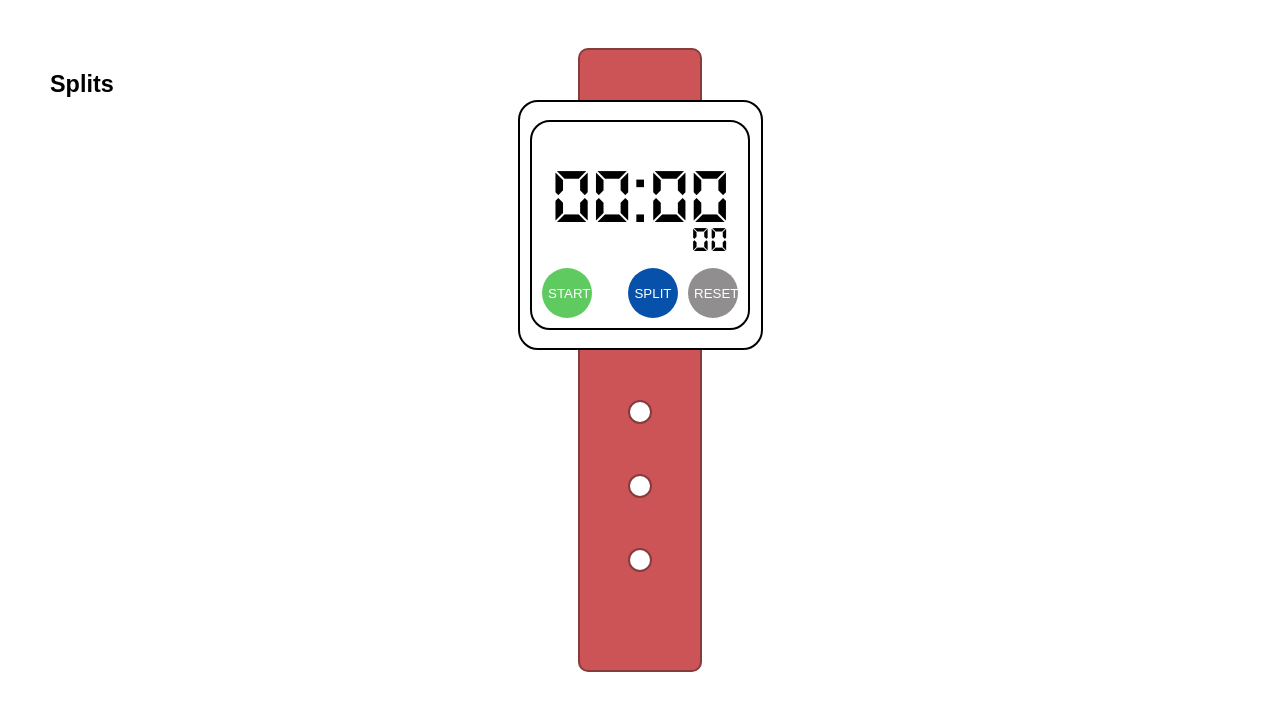
Repository: konstantin0s/lab-chronometer
Page: index.html
The author's editor kept a copy of each file at every save. The page is drawn from the files as they stood at one save, then again after the next save.
The browser window is 1280 px wide. The pictures show the whole page.

Above is the page before, as saved 2019-02-05 14:30:03.

### index.html
<!DOCTYPE html>
<html lang="en">
<head>
  <meta charset="UTF-8">
  <meta name="viewport" content="width=device-width, initial-scale=1.0">
  <meta http-equiv="X-UA-Compatible" content="ie=edge">
  <title>Chronometer</title>
  <link rel="stylesheet" href="stylesheets/styles.css">
</head>
<body>

  <section id="splits-container">
    <h3>Splits</h3>
    <ol id="splits">
    </ol>
  </section>

  <div class="leash leash-top"></div>

  <section id="clock">
    <div id="sphere">
      <span id="minDec" class="number">0</span><span id="minUni" class="number"></span><span>:</span><span id="secDec" class="number"></span><span id="secUni" class="number"></span>

      <div id="milliseconds">
        <span id="milDec">0</span><span id="milUni">0</span>
      </div>

      <button id="btnLeft" class="btn start">START</button> <button id="btnRight" class="btn reset">RESET</button> <button id="btnSplit" class="btn split">SPLIT</button>
    </div>
  </section>

  <div class="leash leash-bottom">
    <div class="hole"></div>
    <div class="hole"></div>
    <div class="hole"></div>
  </div>


  <!-- <script src="javascripts/utils.js"></script>
  <script src="javascripts/chronometer.js"></script>
  <script src="javascripts/main.js"></script> -->
  <script src="javascript/chronometer.js"></script>
  <script src="javascript/main.js"></script>
</body>
</html>

### stylesheets/styles.css
@font-face {
  font-family: "Digi";
  src: url("fonts/ds-digib.ttf");
}

body {
  font-family: Arial;
  font-size: 80px;
  font-weight: bold;
  padding: 40px 0;
}

#clock {
  border: 2px solid #000;
  border-radius: 20px;
  box-sizing: border-box;
  height: 250px;
  margin: 0 auto;
  padding: 18px 0;
  width: 245px;
}

#sphere {
  border: 2px solid #000;
  border-radius: 20px;
  box-sizing: border-box;
  font-family: "Digi";
  font-size: 80px;
  height: 210px;
  margin: 0 auto;
  padding: 35px 0;
  position: relative;
  text-align: center;
  width: 220px;
}

#splits-container {
  font-size: 20px;
  font-weight: 100;
  position: absolute;
  left: 50px;
}

#splits-container li {
  padding-bottom: 5px;
  text-align: right;
}

#milliseconds {
  font-size: 36px;
  margin-top: -15px;
  position: absolute;
  right: 20px;
}

.leash {
  background: rgb(204, 84, 87);
  border: 2px solid rgb(134, 59, 61);
  height: 50px;
  margin: 0 auto;
  width: 120px;
}

.leash-top {
  border-bottom: 0;
  border-top-left-radius: 10px;
  border-top-right-radius: 10px;
}

.leash-bottom {
  border-bottom-left-radius: 10px;
  border-bottom-right-radius: 10px;
  border-top: 0;
  height: 270px;
  padding-top: 50px;
}

.hole {
  background: #fff;
  border: 2px solid rgb(134, 59, 61);
  border-radius: 100%;
  height: 20px;
  margin: 0 auto 50px;
  width: 20px;
}

.number {
  display: inline-block;
  width: 40px;
}

.btn {
  border: 0;
  border-radius: 100%;
  bottom: 10px;
  color: #fff;
  cursor: pointer;
  height: 50px;
  outline: 0;
  position: absolute;
  width: 50px;
}

.btn.start,
.btn.stop {
  left: 10px;
}

.btn.reset {
  right: 10px;
}

.btn.split {
  right: 70px;
}


.btn.start { background: #5fca5f; }
.btn.stop  { background: #f14949; }
.btn.reset { background: #908e8e; }
.btn.split { background: #0851ab; }

### javascript/chronometer.js

// var time = 0;
// var running = 0;

// function startPause() {
//   if (running == 0) {
//     running = 1;
//     increment();
//     document.getElementById("startPause").innerHTML = "Pause";
//   } else {
//     running = 0;
//     document.getElementById("startPause").innerHTML = "Resume";
//   }
// }

// function reset() {
//   running = 0;
//   time = 0;
//   document.getElementById("startPause").innerHTML = "Start";
// }

// function increment() {
//   if (running == 1) {
//    setTimeout(function() {
//     time++;
//     var seconds = Math.floor(time/10/60);
//     var minutes = Math.floor(time/10/60);
//      var tenth = time % 10;
//      if (minutes < 10); {
//        minutes = "0" + minutes;
//      }  if (seconds < 10);
//     seconds = "0" + seconds;
//     increment();
//   document.getElementById("output").innerHTML = minutes + ":" + seconds + ":" + "0" + tenth;

//    }, 100);
//   }
//   }

// function startPause() {
//   if (running == 0) {
//     running = 1;
//     increment();
//     document.getElementById("startPause").innerHTML = "Pause";
//   } else {
//     running = 0;
//     document.getElementById("startPause").innerHTML = "Resume";
//   }
// }


// function timer() {
//   currentTime = setTimeout(start, 1000);
// }
// timer();

// function start() {
//   seconds++;
//   if (seconds >= 60) {
//     seconds = 0;
//     minutes++;
//     if (minutes >= 20) {
//         minutes = 0;
//     }
//   }
// }


// // Constructor
// function Chronometer() {

// this.currentTime = 0;
// this.intervalId = 0;

// }

// // The setInterval will be assigned to our intervalId property,
// //  this way we will be able to clear it later on.

// Chronometer.prototype.startClick = function () {
//     this.startClick = function() {
//     // var seconds = 0;
//     intervalId = setInterval(function(){
//     currentTime++; }, 1000);

//      }

    //  var myChronometer = {
    //    seconds: 0,
    //    minuts: 0,
    //    intervalId: 0,
    //    startClick: function() {
    //          this.intervalId = setInterval(function() {
    //            this.seconds++;
    //          }.bind(this),1000);
    //    },
    //    setMinutes: function() {
    //      this.seconds++
    //    },

    //  }

    // console.log(seconds);
// };

// Chronometer.prototype.setMinutes = function () {

// };

// Chronometer.prototype.setSeconds = function () {

// };

// Chronometer.prototype.twoDigitsNumber = function () {

// };

// Chronometer.prototype.setTime = function () {

// };

// Chronometer.prototype.setMilliseconds = function () {

// };

// Chronometer.prototype.stopClick = function () {

// };

// Chronometer.prototype.resetClick = function () {

// };

// Chronometer.prototype.splitClick = function () {

// };

### javascript/main.js
// var chronometer = new Chronometer();
var btnLeft     = document.getElementById('btnLeft');
var btnRight    = document.getElementById('btnRight');
var minDec      = document.getElementById('minDec');
var minUni      = document.getElementById('minUni');
var secDec      = document.getElementById('secDec');
var secUni      = document.getElementById('secUni');
var milDec      = document.getElementById('milDec');
var milUni      = document.getElementById('milUni');

// var secUnit     = document.getElementById('secUni').innerHTML;

// console.log(secUnit);

// // if (secUnit == 0) {
// //   secUnit.innerHTML =
// // }

var currentTime = 0; //takes split time..
var intervalId = 0;  //0stop; 1 running.
var seconds= 0;
var minutes = 0;


function twoDigits(number) {
  if (number < 10) {
    return "0" + number;
  }
  return number;
}

var intervalRef = null;

//add 00 on the html before starts counting.
secDec.innerHTML = "0" + seconds;
minDec.innerHTML = "0" + minutes;

 btnLeft.addEventListener("click", function(event) {
   event.preventDefault();
      if (intervalId == 0) { //start if pause
         intervalRef = setInterval(function() {
         intervalId = 1;
         seconds++;
         secDec.innerHTML = twoDigits(seconds);
         btnLeft.innerHTML = "PAUSE";
      if (seconds === 60) {
         seconds = 0;
         minutes++;
         minDec.innerText = twoDigits(minutes);
         secDec.innerText = "0" + seconds;
      if (minDec === 60) {
         minutes = 0;
         }
      }

    }, 100);
  }  else { //pause if started
       clearInterval(intervalRef);  //pause chronometer
       btnLeft.innerHTML = "START";
       intervalId = 0; // continue chronometer from it's pause point.
  }
});

btnRight.addEventListener("click", function() {
  reset();
});

function reset() {
    clearInterval(intervalRef);
    intervalId = 0;
    seconds = 0;
    minutes = 0;
    btnLeft.innerHTML = "START";
    // sets values of them to 00 after reset
    minDec.innerHTML = "0" + minutes;
    secDec.innerHTML = "0" + seconds;
}

After the next save:
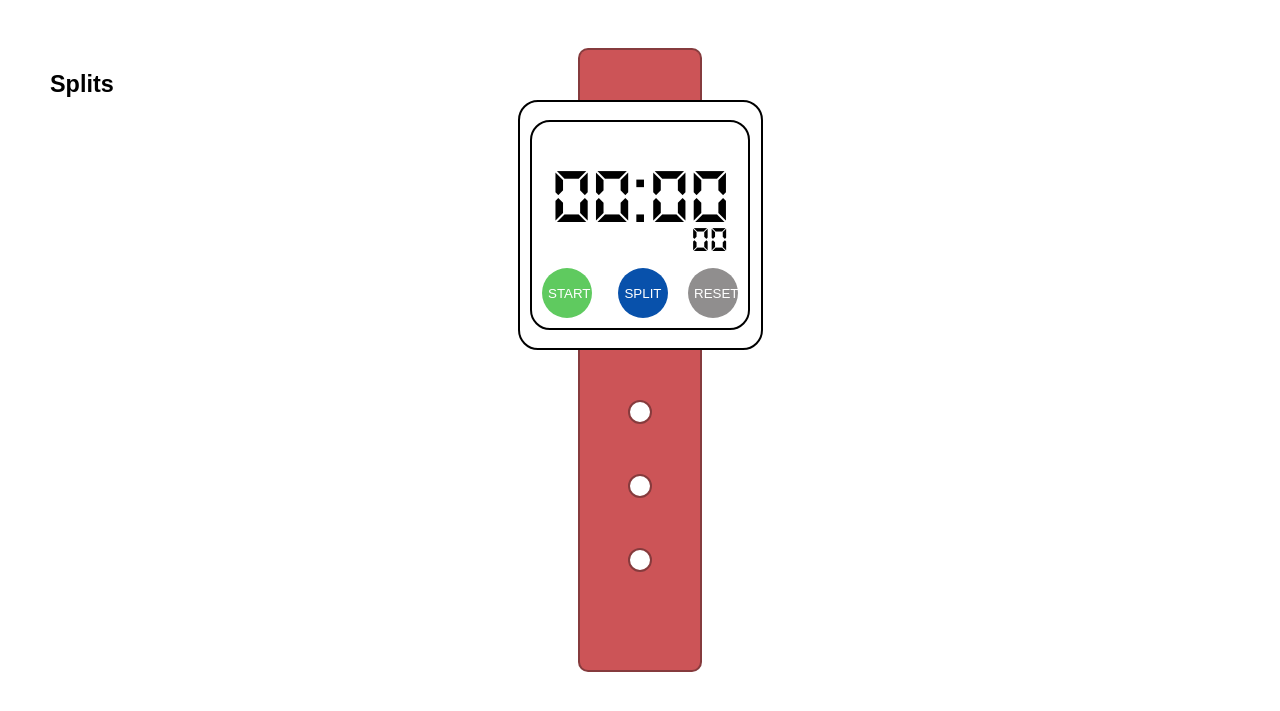
Saved 4 s later.
--- a/stylesheets/styles.css
+++ b/stylesheets/styles.css
@@ -111,7 +111,7 @@ body {
 }
 
 .btn.split {
-  right: 70px;
+  right: 80px;
 }
 
 
